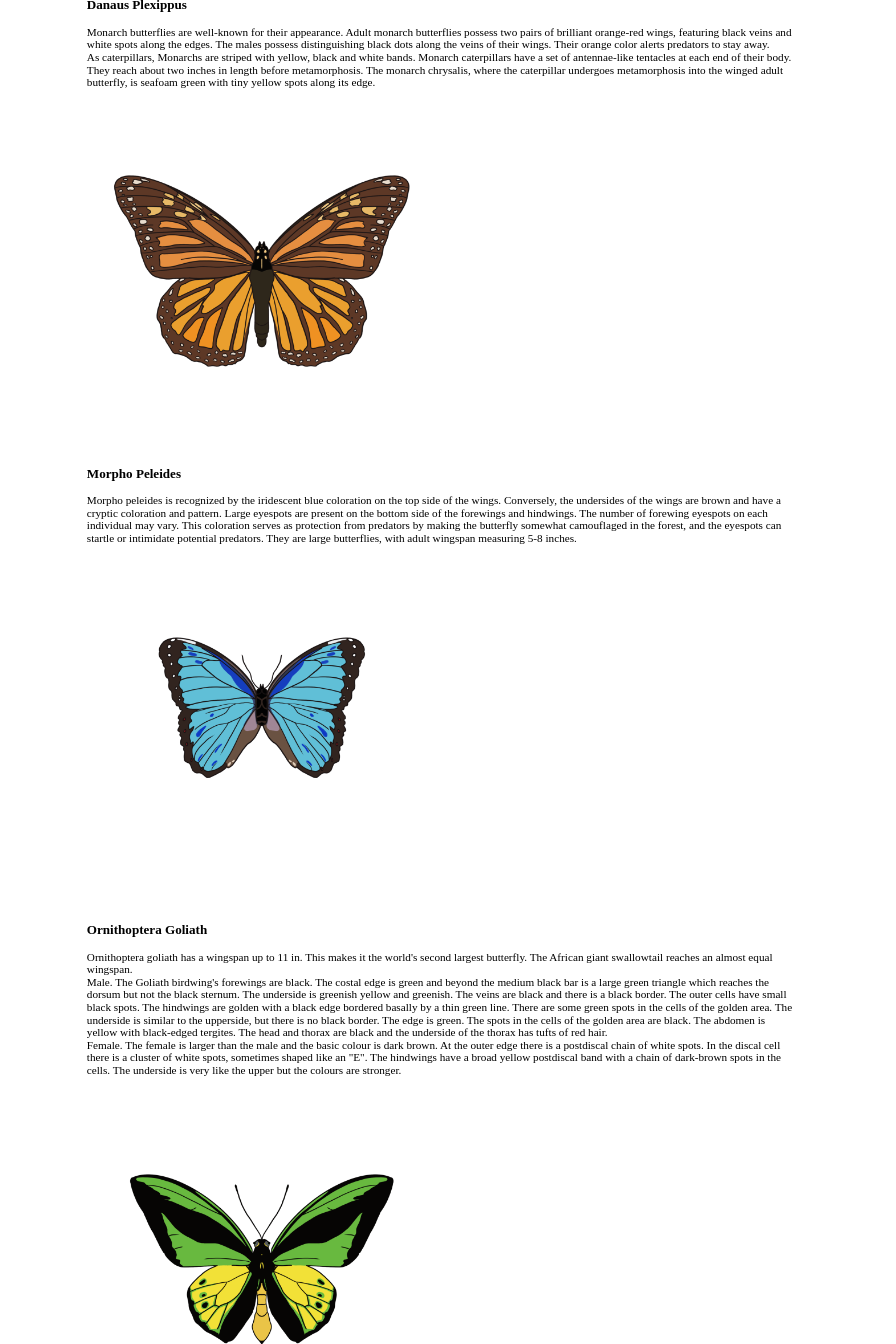
Repository: MeowCeline00/assessment-2
Page: /
The author's editor kept a copy of each file at every save. The page is drawn from the files as they stood at one save, then again after the next save.
The browser window is 1280 px wide. The pictures show the part of the page from y = 2063 to 3983 px (the page is 6406 px tall before and 6934 px after), at 70% of full size.
The project was rebuilt for these pictures with package versions that can differ from the ones it lists, and the page was loaded fresh each time. The framework's server and built-in components were replaced by stand-ins that run in the browser. Also part of the build but not shown: next.config.mjs.

Above is the page before, as saved 2024-02-07 23:31:20.

After the next save:
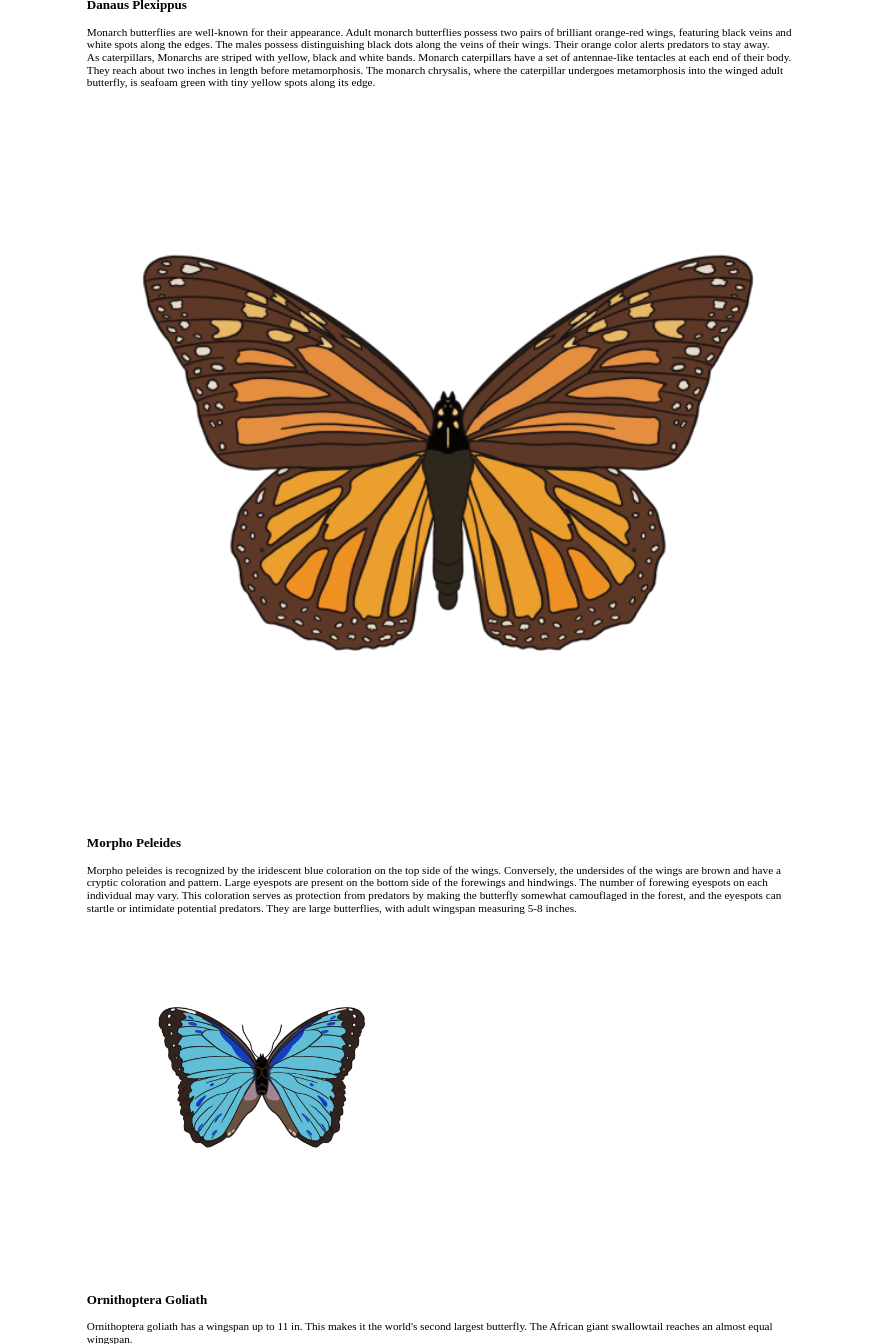
Saved 10 s later.
--- a/Components/Contents/index.js
+++ b/Components/Contents/index.js
@@ -40,7 +40,7 @@ export default function Contents() {
                 where the caterpillar undergoes metamorphosis into the winged adult butterfly,
                 is seafoam green with tiny yellow spots along its edge.</p>
                 </div>
-                <div className={styles.butterfly2Pic}>
+                <div className={styles.butterflyPic}>
                 <img src={"/Danaus_plexippus.png"} alt="Danaus Plexippus" width={500} />
                 </div>
                 </div>
